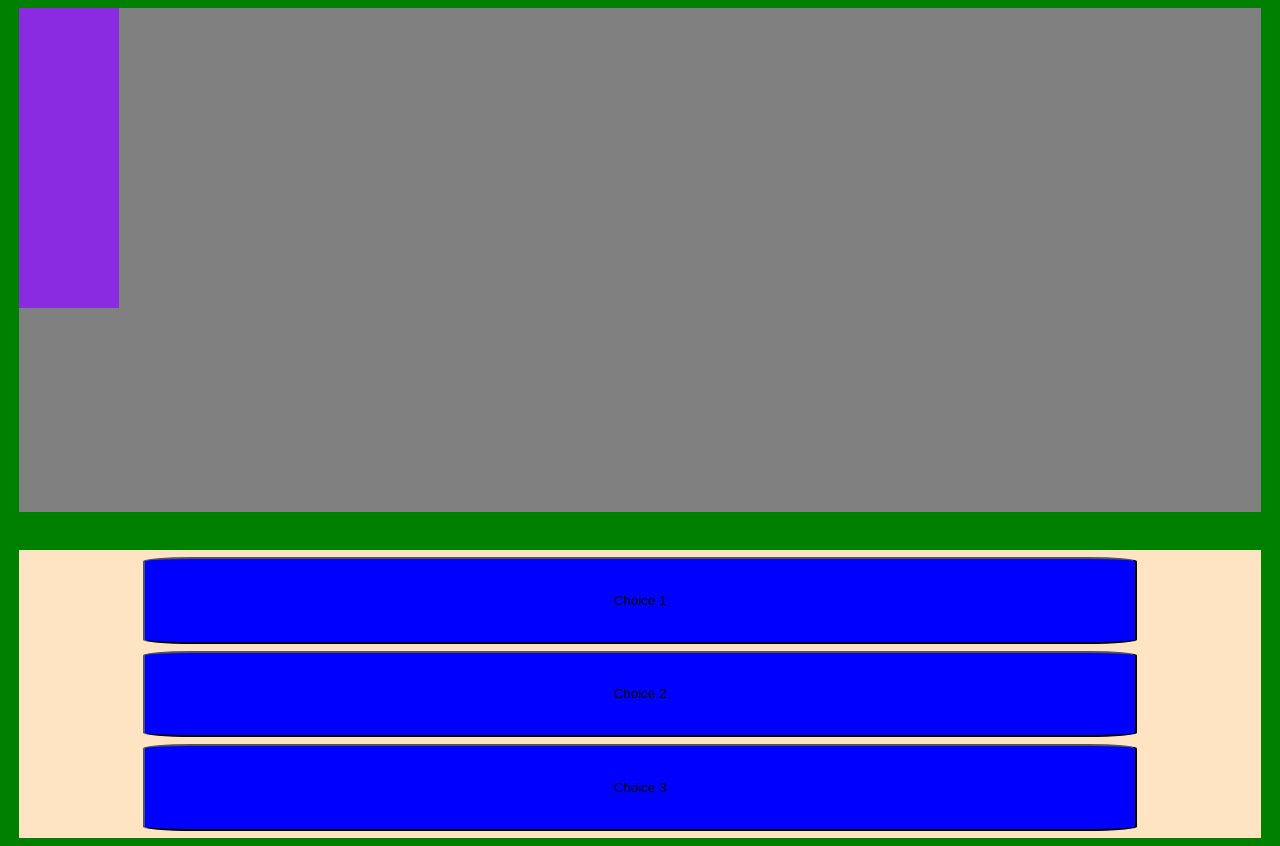
Repository: nguyenlejoe/Dynamic_notSoSherlock
Page: MultiChoice/MultiChoice.html
An editor plug-in stored every save of this project. The page is shown before and after the next save, followed by the edit.
The browser window is 1280 px wide. The pictures show the whole page.

Above is the page before, as saved 2020-03-05 18:48:33.

### MultiChoice/MultiChoice.html
<!DOCTYPE html>
<html>
    <head>
        <title>Inductive Thinking</title>
        <link rel="stylesheet" href="MultiChoice.css">
    </head>
    <body>
        <div id="app">
            <div id="crimeScene">
                <div class="evidence" id=""></div>
                <div class="evidence" id=""></div>
                <div class="evidence" id=""></div>
            </div>
            <div id="multiChoice">
                <button class="InductiveChoice" id="buttonA">Choice 1</button>
                <button class="InductiveChoice" id="buttonB">Choice 2</button>
                <button class="InductiveChoice" id="buttonC">Choice 3</button>
        </div>
        </div>
    </body>

</html>

### MultiChoice/MultiChoice.css

body{
    background-color: green;
}
#app{
    display: flex;
    flex-direction: column;
    align-items: center;
}

#crimeScene{
    height: 70vh;
    width: 97vw;
    background-color: grey;
}
.evidence{
    width: 100px;
    height: 100px;
    background-color: blueviolet;
}





#multiChoice{
    background-color:bisque;
    width: 97vw;
    height: 40vh;
    margin-top: 3%;
    display: flex;
    flex-direction: column;
    justify-content: space-evenly;
    justify-items: center;
    align-items: center;
}

.InductiveChoice{
    width: 80%;
    height: 30%;
    background-color: blue;
    border-radius: 05%;
}

After the next save:
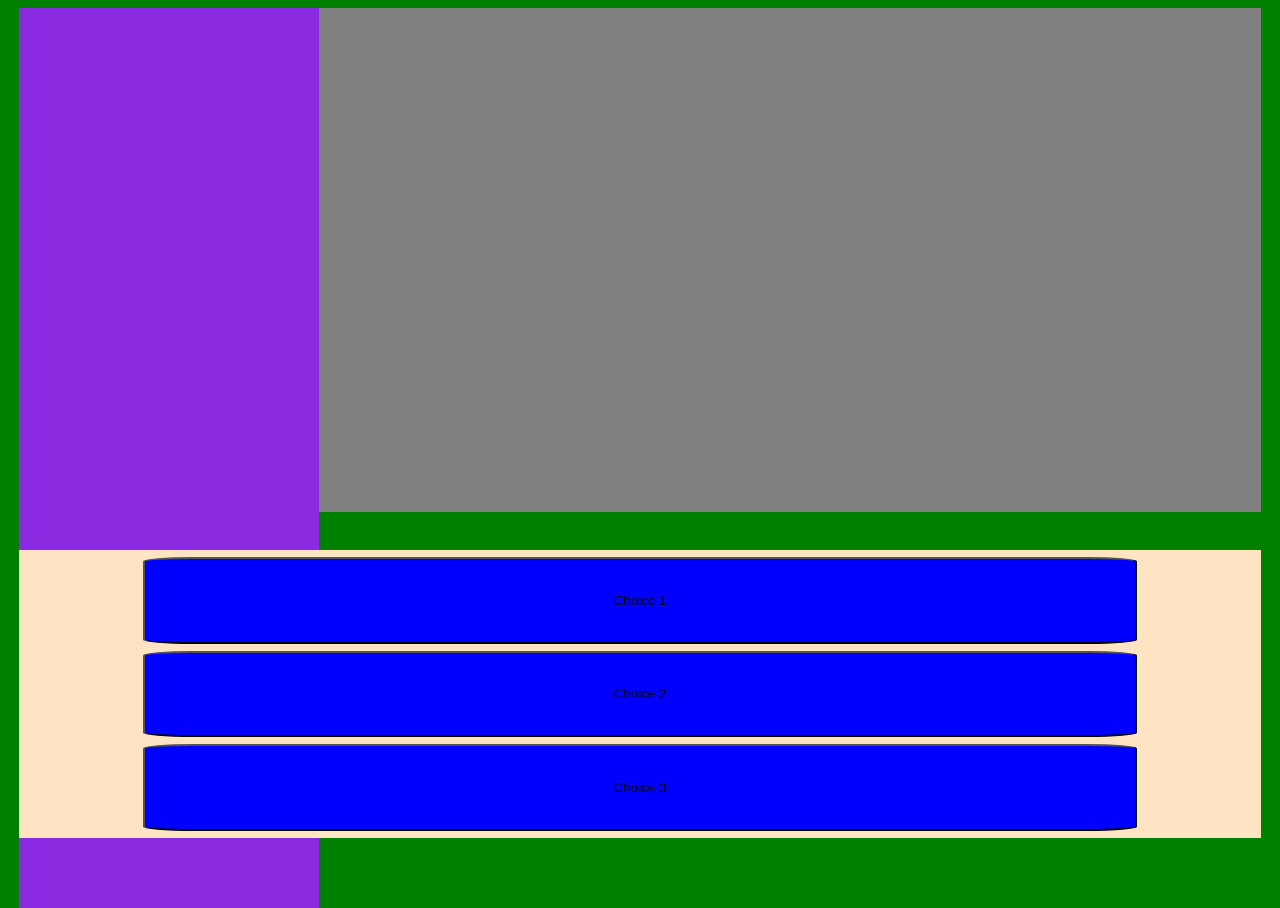
Saved 5 s later.
--- a/MultiChoice/MultiChoice.css
+++ b/MultiChoice/MultiChoice.css
@@ -14,8 +14,8 @@ body{
     background-color: grey;
 }
 .evidence{
-    width: 100px;
-    height: 100px;
+    width: 300px;
+    height: 300px;
     background-color: blueviolet;
 }
 
